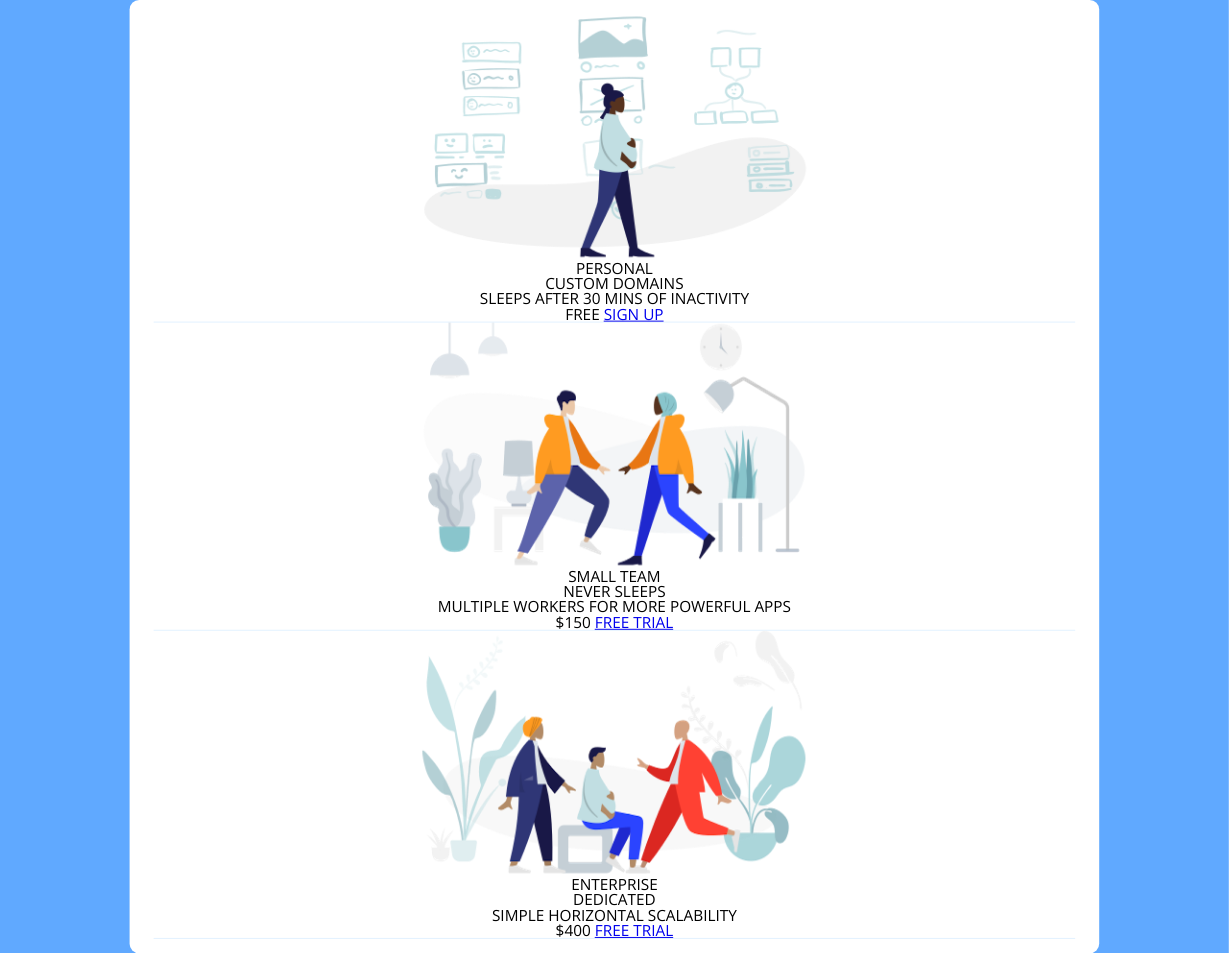
Repository: patrik-fredlund/pricing_panel_udemy
Page: PriceTableStarter/index.html
These files come from the project's save history. The page is drawn as it stood at one moment and after the next save; the edit follows.
The browser window is 1280 px wide. The pictures show the whole page, at 96% of full size.

Above is the page before, as saved 2021-06-27 13:23:33.

After the next save:
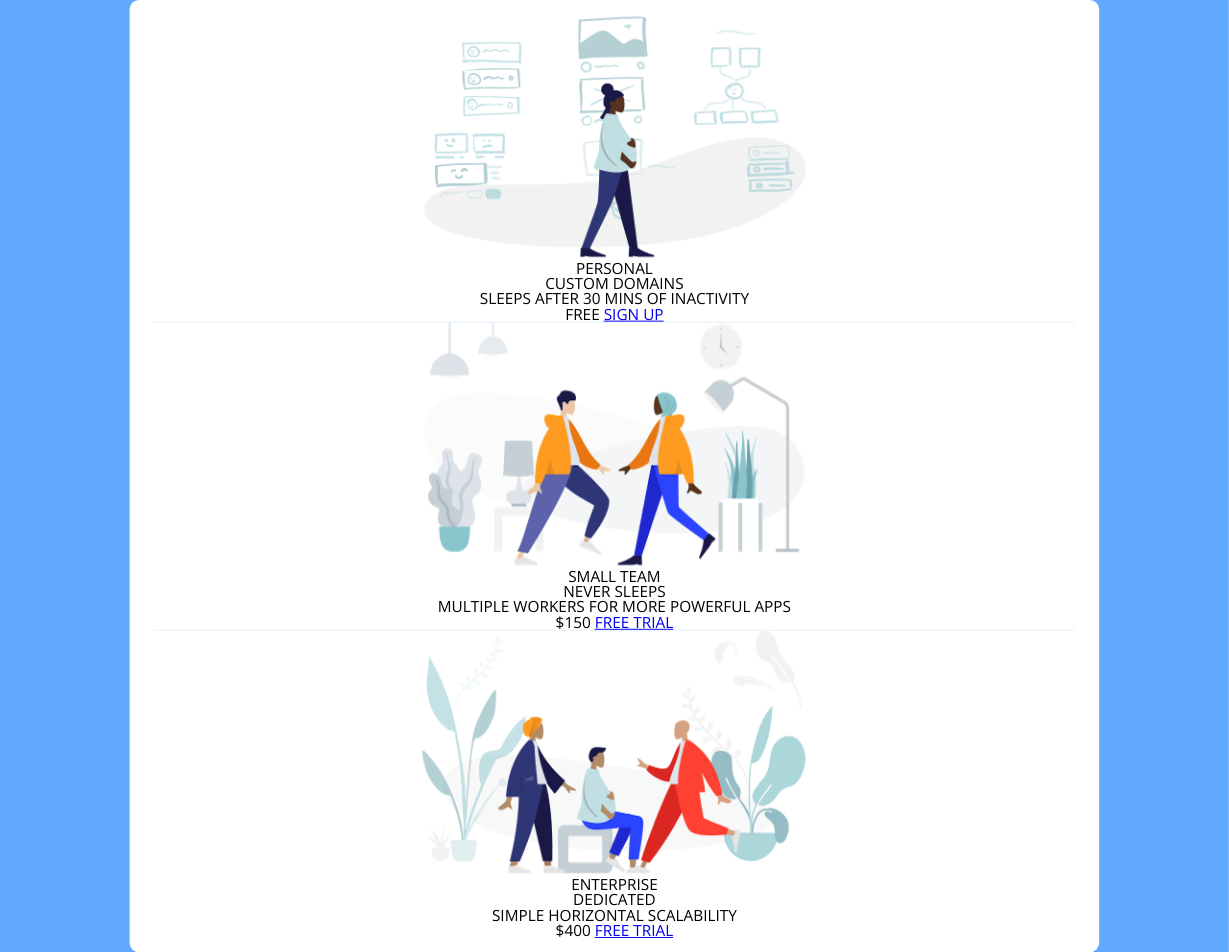
Saved 46 s later.
--- a/PriceTableStarter/app.css
+++ b/PriceTableStarter/app.css
@@ -80,3 +80,7 @@ body {
 .pricing-plan {
     border-bottom: 1px solid #e1f1ff;
 }
+
+.pricing-plan:last-child {
+    border-bottom: none;
+}
